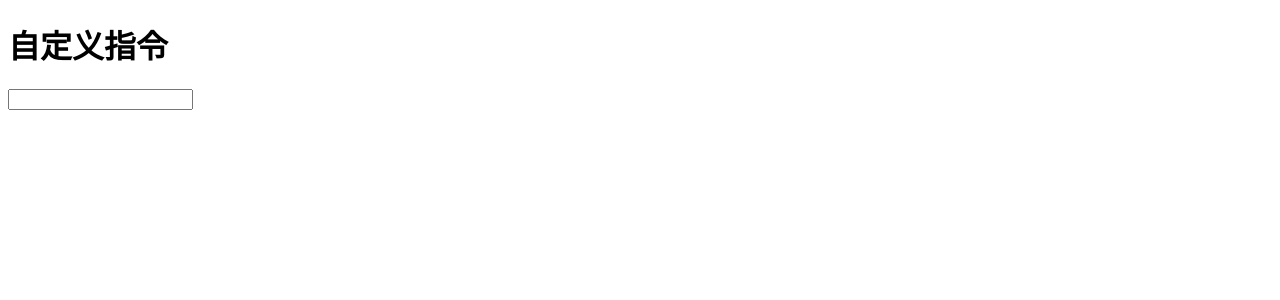
Repository: paranoia-M/vue3-Actions
Page: /define
The author's editor kept a copy of each file at every save. The page is drawn from the files as they stood at one save, then again after a run of saves.
The browser window is 1280 px wide. The pictures show the whole page.
The project was rebuilt for these pictures with package versions that can differ from the ones it lists, and the page was loaded fresh each time. Also part of the build but not shown: vite.config.js, vue.config.js, src/components/demo/Pra.vue, src/components/demo/Pra2.vue, src/components/demo/Pra3.vue, src/components/Component.vue.

Above is the page before, as saved 2022-03-14 13:55:35.

After the next 2 saves:
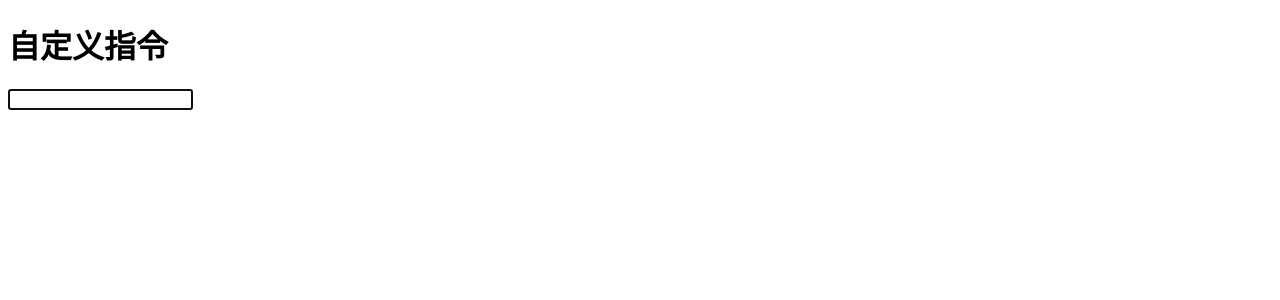
The 2 saves are shown as one change because 1 did not build or start.
The last was saved 19 s later.
--- a/src/pages/define/DefineV.vue
+++ b/src/pages/define/DefineV.vue
@@ -1,7 +1,7 @@
 <template>
   <div>
     <h1>自定义指令</h1>
-    <input type="text" />
+    <input type="text" v-focus />
   </div>
 </template>
 
